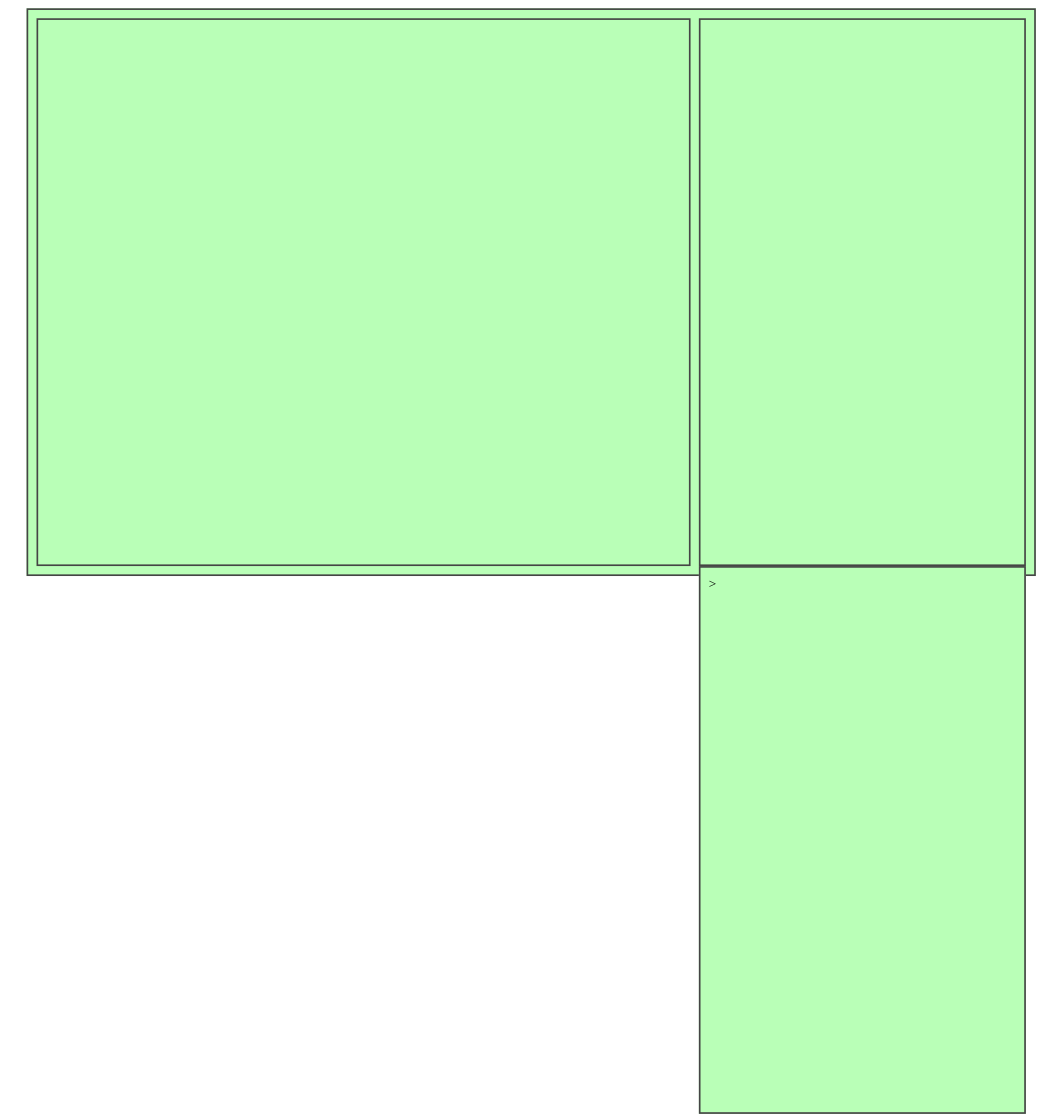
Repository: tannerbroberts/tannerbroberts.github.io
Page: /
The author's editor kept a copy of each file at every save. The page is drawn from the files as they stood at one save, then again after a run of saves.
The browser window is 1280 px wide. The pictures show the whole page, at 83% of full size.
The project was rebuilt for these pictures with package versions that can differ from the ones it lists, and the page was loaded fresh each time. Also part of the build but not shown: vite.config.ts.

Above is the page before, as saved 2022-10-04 09:48:31.

### src/index.js
import React from "react"
import ReactDOM from "react-dom/client"
import App from "./App"
import ATP_ContextProvider from "./providers/ATP_Context"

const root = ReactDOM.createRoot(document.getElementById("root"))
root.render(
	<React.StrictMode>
		<ATP_ContextProvider>
			<React.StrictMode>
				<App />
			</React.StrictMode>
		</ATP_ContextProvider>
	</React.StrictMode>
)

### src/App.js
import React from "react"
import { cssHelper } from "./api/cssHelper"
import Main from "./components/Main"
import Shelf from "./components/Shelf"

function App() {
	const AppCSS = {
		...cssHelper,
		height: "95vh",
		width: "95vw",
		marginTop: "10px",
		gridTemplate: "1fr / 2fr minmax(0px, 1fr)",
	}

	return (
		<div style={AppCSS}>
			<Main />
			<Shelf />
		</div>
	)
}

export default App

### src/providers/ATP_Context.js
/* eslint-disable react/prop-types */
import React, { useContext, useReducer, createContext } from "react"
import ATP_Reducer, { initialState } from "./ATP_Reducer"

export const ATP_StateContext = createContext()
export const ATP_DispatchContext = createContext()

export default function ATP_ContextProvider({ children }) {
	const [state, dispatch] = useReducer(ATP_Reducer, initialState)

	return (
		<ATP_StateContext.Provider value={state}>
			<ATP_DispatchContext.Provider value={dispatch}>
				{children}
			</ATP_DispatchContext.Provider>
		</ATP_StateContext.Provider>
	)
}

export const useATP_StateContext = () => useContext(ATP_StateContext)
export const useATP_DispatchContext = () =>
	useContext(ATP_DispatchContext)

### src/api/cssHelper.js
export const cssHelper = {
	boxSizing: "border-box",

	height: "100%",
	width: "100%",
	// border: "2px solid black",
	margin: "auto",
	padding: "10px",
	gap: "10px",
	display: "grid",
	// gridTemplateRows / gridTemplateColumns
	gridTemplate: "1fr / 1fr",
	backgroundColor: "rgb(185, 255, 183)",
	border: "2px solid rgb(69, 69, 69)",
}

export const mainColor = {
	backgroundColor: "blue",
}

### src/components/Shelf/index.js
export { default } from "./Shelf"

### src/providers/ATP_Reducer.js
export const initialState = {
	mainStack: [
		/* main frames */
		{ frameType: "", value: "" },
	],
	shelf: {
		/* directly corresponds to the main frame */
	},
	shelfOpen: true,
	library: [
		/* All items live here. Eventually, they're going to be returned from the server */
	],
	filters: [
		/* object list of matchers
		{complexVariableMatcher: criteria list}
		{nameContains: STRING},
		{containsVariable: VARIABLE_ID},
		{color: COLOR},
		{pattern: PATTERN},
		{owner: USER_ID},
		{createdBy: DATE},
		{length: TIME_LENGTH},
		{pattern: PATTERN},
		*/
	],
}

function loadFrame(state, action) {
	const stack = state.mainFrame
	stack.push(action.value)
	return { ...state, mainFrame: stack }
}

function closeFrame(state) {
	const stack = state.mainFrame
	stack.pop()
	return { ...state, mainFrame: stack }
}

function toggleShelf(state) {
	return { ...state, shelfOpen: !state?.shelfOpen }
}

const dispatchDictionary = {
	LOAD_FRAME: loadFrame,
	CLOSE_FRAME: closeFrame,
	TOGGLE_SHELF: toggleShelf,
}

export default function ATP_Reducer(state, action) {
	console.log('calling a reducer function now')
	if (action.type && dispatchDictionary[action.type])
		return dispatchDictionary[action.type](state, action)
}

### src/components/Main/Main.js
import React from "react"
import { cssHelper } from "../../api/cssHelper"

const MainCSS = {
	...cssHelper,
	width: "100%",
}

export default function Main() {
	return <div style={MainCSS} />
}

### src/components/Shelf/Shelf.js
/* eslint-disable react/prop-types */
import React from "react"
import { cssHelper } from "../../api/cssHelper"
import ShelfToggle from "./ShelfToggle"
import { useATP_StateContext } from "../../providers/ATP_Context"

const shelfContentCSS = (openStatus) => {
	const obj = { ...cssHelper }
	openStatus ? delete obj.display : (obj.display = "none")
	return obj
}

export default function Shelf() {
	const { shelfOpen } = useATP_StateContext()

	return (
		<div shelfContentCSS>
			<div style={shelfContentCSS(shelfOpen)}></div> {/** content area */}
			<ShelfToggle />
		</div>
	)
}

### src/components/Shelf/ShelfToggle/index.js
export { default } from './ShelfToggle'

### src/components/Shelf/ShelfToggle/ShelfToggle.js
/* eslint-disable react/prop-types */
import React from "react"
import { useATP_StateContext } from "../../../providers/ATP_Context"
import { useATP_DispatchContext } from "../../../providers/ATP_Context"
import { cssHelper } from '../../../api/cssHelper'

export default function ShelfToggle() {
	const state = useATP_StateContext()
	const dispatch = useATP_DispatchContext()

	const shelfToggleCSS = {...cssHelper}

	return (
		<div
			style={shelfToggleCSS}
			onClick={() => dispatch({ type: "TOGGLE_SHELF" })}
		>
			{state?.shelfOpen ? ">" : "<"}
		</div>
	)
}

Loaded but not shown: public/index.html (common file); src/components/Main/index.js (common file)

After the next 4 saves:
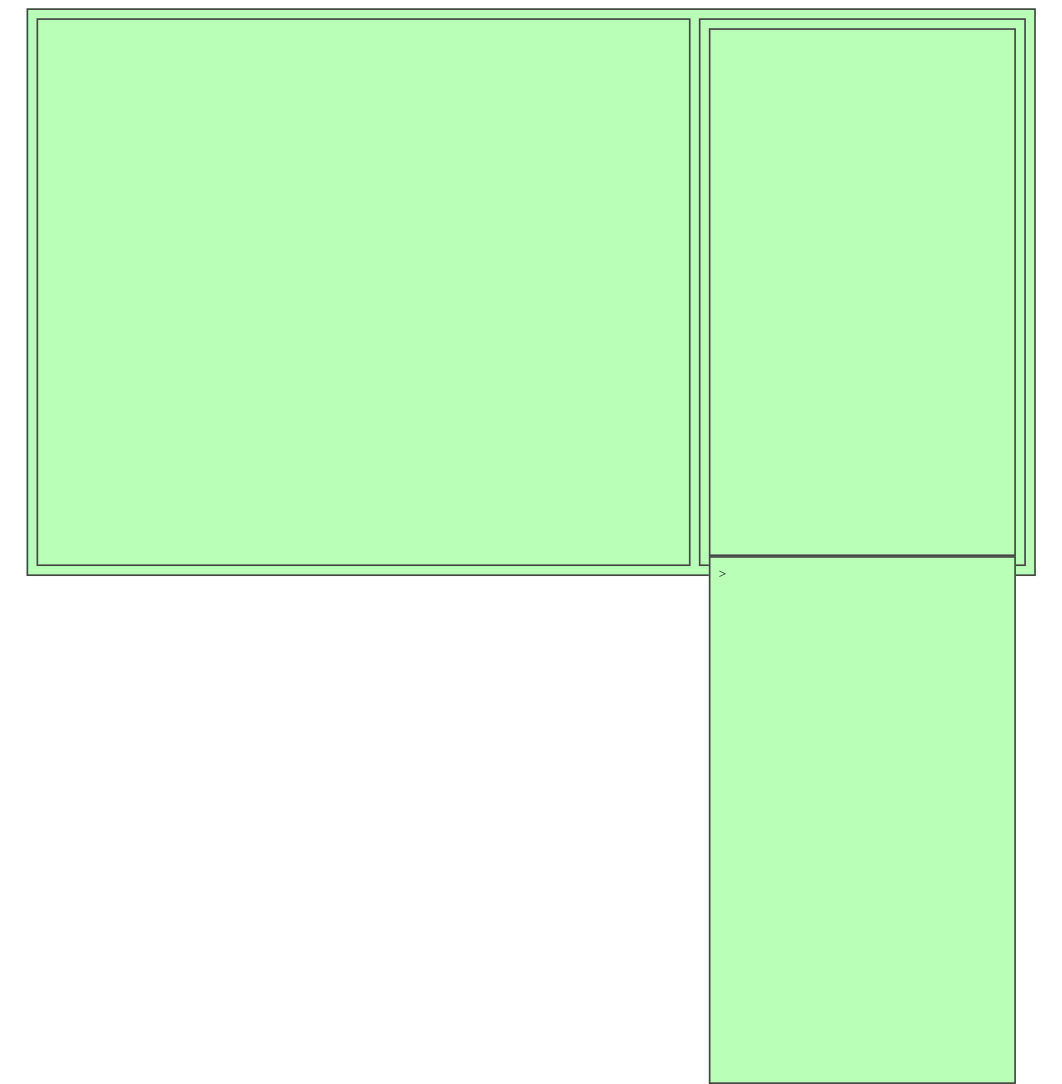
The 4 saves are shown as one change because 1 did not build or start and some came seconds apart.
The last was saved 19 s later.
--- a/src/components/Shelf/Shelf.js
+++ b/src/components/Shelf/Shelf.js
@@ -14,8 +14,9 @@ export default function Shelf() {
 	const { shelfOpen } = useATP_StateContext()
 
 	return (
-		<div shelfContentCSS>
-			<div style={shelfContentCSS(shelfOpen)}></div> {/** content area */}
+		<div style={shelfContentCSS(shelfOpen)}>
+			<div style={shelfContentCSS(shelfOpen)}></div>{" "}
+			{/** content area */}
 			<ShelfToggle />
 		</div>
 	)
